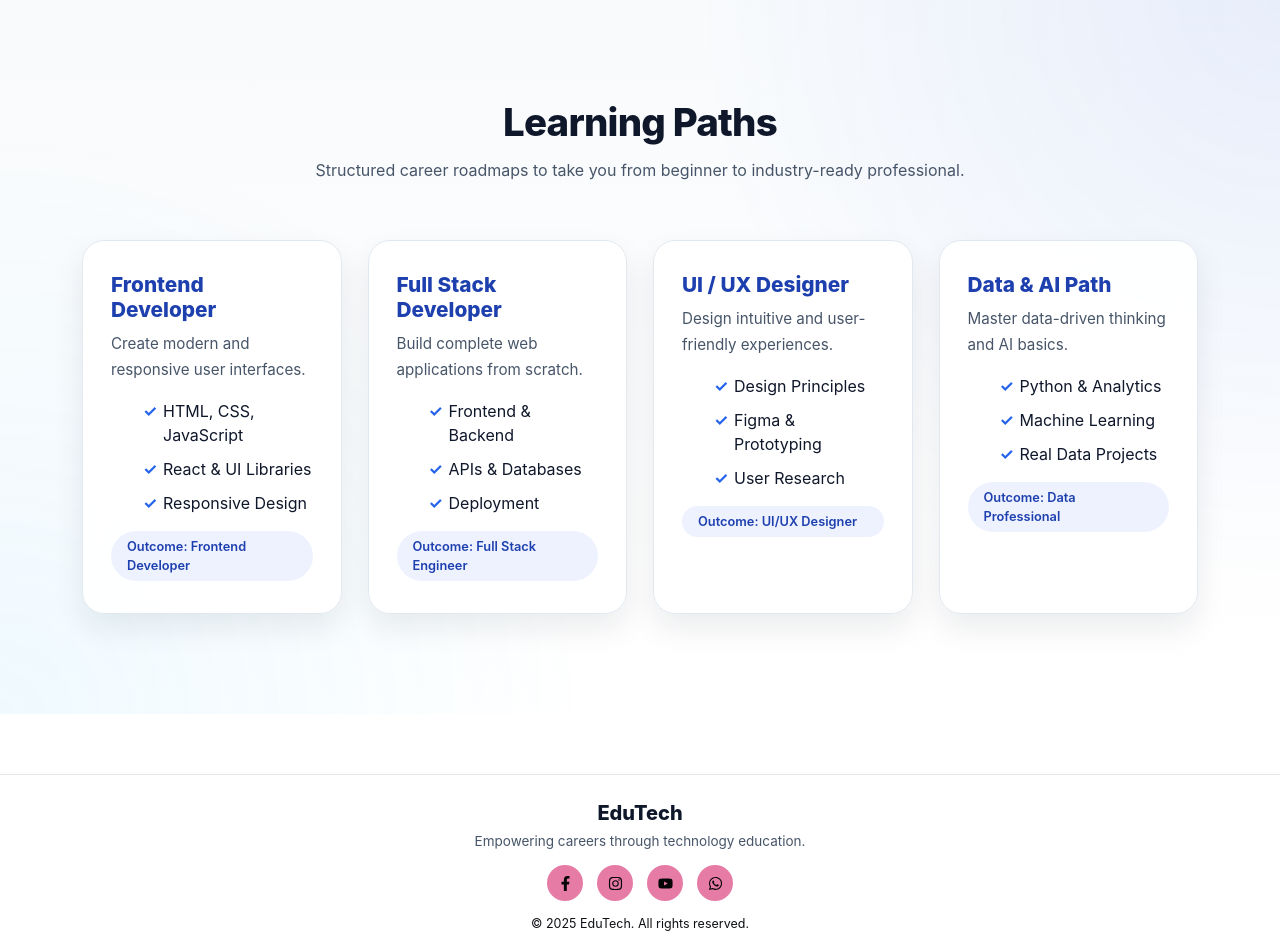
Repository: Aswin74k/project-2
Page: /
The author's editor kept a copy of each file at every save. The page is drawn from the files as they stood at one save, then again after a run of saves.
The browser window is 1280 px wide. The pictures show the part of the page from y = 2045 to 2997 px (the page is 2997 px tall).
The project was rebuilt for these pictures with package versions that can differ from the ones it lists, and the page was loaded fresh each time. Also part of the build but not shown: vite.config.js, src/project/course.css, src/project/Course.jsx, src/project/About.css, src/project/About.jsx, src/project/Enroll.css, src/project/Enroll.jsx, src/project/contact.css and 2 more.

Above is the page before, as saved 2025-12-25 19:47:32.

### src/main.jsx
import React from "react";
import ReactDOM from "react-dom/client";
import { BrowserRouter } from "react-router-dom";
import App from "./project/App";
import { AuthProvider } from "./context/AuthContext"; // ✅ ADD THIS
import "bootstrap/dist/css/bootstrap.min.css";

ReactDOM.createRoot(document.getElementById("root")).render(
  <React.StrictMode>
    <BrowserRouter>
      <AuthProvider>
        <App />
      </AuthProvider>
    </BrowserRouter>
  </React.StrictMode>
);

### src/project/App.jsx
import React from "react";
import { Routes, Route } from "react-router-dom";

import EduNavbar from "./EduNavbar";
import Home from "./Home";
import Course from "./Course";
import About from "./About";
import Enroll from "./Enroll";
import Contact from "./Contact";
import ProtectedRoute from "./ProtectedRoute";

export default function App() {
  return (
    <>
      <EduNavbar />

      <Routes>
        <Route path="/" element={<Home />} />
        <Route path="/courses/:id" element={<Course />} />
        <Route path="/about" element={<About />} />
        <Route path="/Contact" element={<Contact />} />


        <Route
          path="/enroll"
          element={
            <ProtectedRoute>
              <Enroll />
            </ProtectedRoute>
          }
        />
      </Routes>

    </>
  );
}

### src/context/AuthContext.jsx
import { createContext, useContext, useState, useEffect } from "react";

const AuthContext = createContext();

export function AuthProvider({ children }) {
  const [user, setUser] = useState(null);
  const [loading, setLoading] = useState(true);

  useEffect(() => {
    const savedUser = JSON.parse(
      localStorage.getItem("loggedInUser")
    );
    if (savedUser) setUser(savedUser);
    setLoading(false);
  }, []);

  const login = (email, password) => {
    const users =
      JSON.parse(localStorage.getItem("registeredUsers")) || [];

    const foundUser = users.find(
      (u) => u.email === email && u.password === password
    );

    if (!foundUser) {
      return { success: false, message: "Invalid email or password" };
    }

    localStorage.setItem(
      "loggedInUser",
      JSON.stringify(foundUser)
    );
    setUser(foundUser);

    return {
      success: true,
      message: `Welcome back, ${foundUser.firstName}`,
    };
  };

  const signup = (data) => {
    const users =
      JSON.parse(localStorage.getItem("registeredUsers")) || [];

    if (users.some((u) => u.email === data.email)) {
      return {
        success: false,
        message: "User already exists with this email!",
      };
    }

    users.push(data);
    localStorage.setItem(
      "registeredUsers",
      JSON.stringify(users)
    );

    localStorage.setItem(
      "loggedInUser",
      JSON.stringify(data)
    );
    setUser(data);

    return {
      success: true,
      message: "Account created successfully",
    };
  };

  const logout = () => {
    localStorage.removeItem("loggedInUser");
    setUser(null);
  };

  return (
    <AuthContext.Provider
      value={{ user, login, signup, logout, loading }}
    >
      {children}
    </AuthContext.Provider>
  );
}

export const useAuth = () => useContext(AuthContext);

### src/project/Home.jsx
import React from "react";
import { Container, Row, Col, Card } from "react-bootstrap";
import { Link } from "react-router-dom";
import {
  FaGraduationCap,
  FaUsers,
  FaChalkboardTeacher,
  FaBriefcase,
  FaStar,
  FaFacebookF,
  FaInstagram,
  FaYoutube,
  FaWhatsapp
} from "react-icons/fa";
import "./Home.css";

export default function Home() {
  const courses = [
    {
      id: "fullstack",
      title: "Full Stack Development",
      level: "Beginner",
      duration: "6 Months",
      rating: "4.8",
      img: "https://encrypted-tbn0.gstatic.com/images?q=tbn:ANd9GcQPaNXGBezXv5c0v_XSQ6pqOScRBb2ShM3IWg&s",
    },
    {
      id: "mern",
      title: "MERN Stack Development",
      level: "Intermediate",
      duration: "5 Months",
      rating: "4.7",
      img: "https://images.prismic.io/loco-blogs/79328284-f97b-489f-924c-eb3b17e34b56_image2.png",
    },
    {
      id: "uiux",
      title: "UI / UX Design",
      level: "Beginner",
      duration: "4 Months",
      rating: "4.6",
      img: "https://www.almondsolutions.com/images/blog-ui-ux-150223.jpg",
    },
    {
      id: "datascience",
      title: "Data Science",
      level: "Advanced",
      duration: "6 Months",
      rating: "4.9",
      img: "https://bernardmarr.com/wp-content/uploads/2022/11/The-Top-5-Data-Science-And-Analytics-Trends-In-2023.jpg",
    },
    {
      id: "dataanalytics",
      title: "Data Analytics",
      level: "Beginner",
      duration: "4 Months",
      rating: "4.6",
      img: "https://blog.herzing.ca/hubfs/data%20analytics.jpg",
    },
    {
      id: "aiml",
      title: "AI & Machine Learning",
      level: "Advanced",
      duration: "6 Months",
      rating: "4.9",
      img: "https://www.jellyfishtechnologies.com/wp-content/uploads/2021/10/Artificial-Intelligence-versus-Machine-Learning.png",
    },
    {
      id: "cloud",
      title: "Cloud Computing",
      level: "Intermediate",
      duration: "4 Months",
      rating: "4.7",
      img: "https://bernardmarr.com/img/The%205%20Biggest%20Cloud%20Computing%20Trends%20In%202021.jpg",
    },
    {
      id: "devops",
      title: "DevOps Engineering",
      level: "Advanced",
      duration: "5 Months",
      rating: "4.8",
      img: "https://www.itrainu.in/wp-content/uploads/2021/03/DEVOPS-1.jpg",
    },
  ];

  return (
    <div className="home">

      {/* HERO */}
      <section className="hero-section">
        <Container>
          <div className="hero-content">
            <h1>
              Learn Future-Ready Skills with <span>EduTech</span>
            </h1>
            <p>
              Industry-aligned courses, real-world projects, and expert mentors
              to accelerate your career.
            </p>

            <div className="hero-actions">
              <Link to="/about" className="btn btn-outline-light btn-lg">
                Learn More
              </Link>
            </div>
          </div>
        </Container>
      </section>

      {/* STATS */}
      <section className="stats-section">
        <Container>
          <Row className="g-4">
            <Col md={3}><div className="stat-box"><FaUsers /><h3>25K+</h3><p>Learners</p></div></Col>
            <Col md={3}><div className="stat-box"><FaGraduationCap /><h3>8+</h3><p>Courses</p></div></Col>
            <Col md={3}><div className="stat-box"><FaChalkboardTeacher /><h3>50+</h3><p>Mentors</p></div></Col>
            <Col md={3}><div className="stat-box"><FaBriefcase /><h3>100+</h3><p>Projects</p></div></Col>
          </Row>
        </Container>
      </section>

      {/* COURSES */}
      <section className="courses-section">
        <Container>
          <h2 className="section-title">Popular Courses</h2>
          <Row>
            {courses.map((course) => (
              <Col lg={3} md={4} sm={6} key={course.id} className="mb-4">
                <Card className="course-card h-100">
                  <Card.Img src={course.img} className="course-img" />
                  <Card.Body>
                    <Card.Title>{course.title}</Card.Title>
                    <div className="course-meta">
                      <span>{course.level}</span>
                      <span>{course.duration}</span>
                    </div>
                    <div className="course-rating">
                      <FaStar /> {course.rating}
                    </div>
                    <Link to={`/courses/${course.id}`} className="btn btn-outline-primary w-100 mt-3">
                      View Details
                    </Link>
                  </Card.Body>
                </Card>
              </Col>
            ))}
          </Row>
        </Container>
      </section>
{/* LEARNING PATHS */}
<section className="paths-section">
  <div className="container">
    <h2 className="section-title">Learning Paths</h2>
    <p className="section-subtitle">
      Structured career roadmaps to take you from beginner to industry-ready professional.
    </p>

    <div className="paths-grid">
      <div className="path-card">
        <h4>Frontend Developer</h4>
        <p>Create modern and responsive user interfaces.</p>

        <ul>
          <li>HTML, CSS, JavaScript</li>
          <li>React & UI Libraries</li>
          <li>Responsive Design</li>
        </ul>

        <div className="path-outcome">Outcome: Frontend Developer</div>
      </div>

      <div className="path-card">
        <h4>Full Stack Developer</h4>
        <p>Build complete web applications from scratch.</p>

        <ul>
          <li>Frontend & Backend</li>
          <li>APIs & Databases</li>
          <li>Deployment</li>
        </ul>

        <div className="path-outcome">Outcome: Full Stack Engineer</div>
      </div>

      <div className="path-card">
        <h4>UI / UX Designer</h4>
        <p>Design intuitive and user-friendly experiences.</p>

        <ul>
          <li>Design Principles</li>
          <li>Figma & Prototyping</li>
          <li>User Research</li>
        </ul>

        <div className="path-outcome">Outcome: UI/UX Designer</div>
      </div>

      <div className="path-card">
        <h4>Data & AI Path</h4>
        <p>Master data-driven thinking and AI basics.</p>

        <ul>
          <li>Python & Analytics</li>
          <li>Machine Learning</li>
          <li>Real Data Projects</li>
        </ul>

        <div className="path-outcome">Outcome: Data Professional</div>
      </div>
    </div>
  </div>
</section>



      {/* FOOTER */}
      <footer className="footer">
        <Container className="text-center">
          <h3 className="footer-logo">EduTech</h3>
          <p className="footer-tagline">
            Empowering careers through technology education.
          </p>

          <div className="footer-social">
            <a className="fb"><FaFacebookF /></a>
            <a className="ig"><FaInstagram /></a>
            <a className="yt"><FaYoutube /></a>
            <a className="wa"><FaWhatsapp /></a>
          </div>

          <p className="copy">© 2025 EduTech. All rights reserved.</p>
        </Container>
      </footer>

    </div>
  );
}

### src/project/Navbar.css
/* ================= ROOT VARIABLES ================= */
:root {
  --primary: #111827;
  --primary-soft: rgba(17, 24, 39, 0.08);
  --danger: #ef4444;
  --success: #22c55e;

  --text-dark: #000000;
  --text-muted: #6b7280;

  --border-light: #e5e7eb;
  --bg-white: #ffffff;
}

/* ================= NAVBAR ================= */
.navbar {
  background: var(--bg-white);
  padding: 14px 0;
  border-bottom: 1px solid var(--border-light);
  transition: all 0.3s ease;
  z-index: 1000;
}

.navbar-scrolled {
  box-shadow: 0 10px 30px rgba(0, 0, 0, 0.08);
}

/* ================= BRAND ================= */
.navbar-brand {
  font-size: 1.8rem;
  font-weight: 900;
  letter-spacing: -0.5px;

  background: linear-gradient(90deg, #2563eb, #38bdf8);

  background-clip: text;              /* standard */
  -webkit-background-clip: text;      /* safari/chrome */
  -webkit-text-fill-color: transparent;

  transition: all 0.25s ease;
}

/* Optional hover (subtle, classy) */
.navbar-brand:hover {
  transform: translateY(-1px);
  filter: brightness(1.1);
}



/* ================= NAV LINKS ================= */
.navbar-nav .nav-link {
  color: var(--text-dark) !important;
  font-weight: 600;
  font-size: 0.95rem;
  padding: 8px 14px;
  position: relative;
}

.navbar-nav .nav-link::after {
  content: "";
  position: absolute;
  left: 50%;
  bottom: 2px;
  width: 0;
  height: 2px;
  background: var(--text-dark);
  transform: translateX(-50%);
  transition: width 0.3s ease;
}

.navbar-nav .nav-link:hover::after {
  width: 70%;
}

/* ================= SEARCH ================= */
.custom-search {
  position: relative;
  width: 210px;
}

.custom-search input {
  width: 100%;
  padding: 10px 42px 10px 16px;
  border-radius: 999px;
  border: 1px solid var(--border-light);
  background: #e4e5e6;
  font-size: 0.9rem;
}

.custom-search svg {
  position: absolute;
  right: 14px;
  top: 50%;
  transform: translateY(-50%);
  color: var(--text-muted);
}

/* ================= USER ================= */
.username {
  background: var(--primary-soft);
  color: var(--text-dark);
  padding: 6px 14px;
  border-radius: 999px;
  font-size: 0.85rem;
  font-weight: 600;
}

.user-icon {
  font-size: 22px;
  color: var(--text-dark);
  cursor: pointer;
}

/* ================= LOGOUT ICON ================= */
.logout-icon {
  font-size: 24px;
  color: var(--text-dark);
  cursor: pointer;
}

.logout-icon:hover {
  color: var(--danger);
}

/* ================= MODALS ================= */
.modal-content {
  border-radius: 22px;
  border: none;
  box-shadow: 0 30px 90px rgba(0, 0, 0, 0.25);
  padding: 20px;
}

.modal-header {
  border-bottom: 1px solid var(--border-light);
}

.modal-title {
  font-weight: 700;
}

.modal-body {
  padding: 28px 32px 32px;
}

/* ================= AUTH INPUT (IMAGE MATCHED) ================= */
.auth-input {
  width: 100%;
  height: 56px;
  border-radius: 16px;
  border: 1.5px solid #d1d5db;
  padding: 14px 18px;
  font-size: 1rem;
  margin-bottom: 18px;
  background: #ffffff;
}

.auth-input:focus {
  outline: none;
  border-color: #6366f1;
  box-shadow: 0 0 0 2px rgba(99, 102, 241, 0.25);
}

/* ================= PASSWORD ================= */
.password-wrapper {
  position: relative;
}

.password-wrapper span {
  position: absolute;
  right: 18px;
  top: 40%;
  transform: translateY(-50%);
  font-size: 18px;
  color: var(--text-muted);
  cursor: pointer;
}

/* ================= NAME ROW (SIGNUP) ================= */
.name-row {
  display: grid;
  grid-template-columns: 1fr 1fr;
  gap: 18px;
  margin-bottom: 18px;
}

/* ================= AUTH BUTTON ================= */
.auth-btn {
  width: 100%;
  height: 56px;
  border-radius: 16px;
  background: var(--text-dark);
  border: none;
  color: #fff;
  font-size: 1.05rem;
  font-weight: 600;
  margin-top: 8px;
}

.auth-btn:hover {
  opacity: 0.9;
}

/* ================= AUTH FOOTER ================= */
.auth-footer {
  margin-top: 16px;
  text-align: center;
  font-size: 0.9rem;
  color: var(--text-muted);
}

.auth-footer span {
  color: var(--text-dark);
  font-weight: 600;
  cursor: pointer;
}

/* ================= LOGOUT MODAL ================= */
.logout-modal .logout-icon-wrapper {
  width: 64px;
  height: 64px;
  background: rgba(0, 0, 0, 0.08);
  color: var(--danger);
  border-radius: 50%;
  display: flex;
  align-items: center;
  justify-content: center;
  font-size: 28px;
  margin: 0 auto 16px;
}

.logout-actions {
  display: flex;
  gap: 14px;
  justify-content: center;
}

.logout-cancel {
  padding: 10px 22px;
  border-radius: 14px;
  border: 2px solid var(--text-dark);
  background: transparent;
  font-weight: 600;
}

.logout-confirm {
  padding: 10px 22px;
  border-radius: 14px;
  background: var(--danger);
  border: none;
  color: #fff;
  font-weight: 600;
}

/* ================= MOBILE ================= */
@media (max-width: 768px) {
  .navbar-collapse {
    background: #ffffff;
    padding: 18px;
    border-radius: 16px;
    margin-top: 10px;
  }

  .custom-search {
    width: 100%;
    margin-top: 12px;
  }

  .name-row {
    grid-template-columns: 1fr;
  }
}

/* ================= AUTH MESSAGES (FINAL POLISH) ================= */
.modal-message {
  padding: 14px 18px;
  border-radius: 14px;
  font-size: 0.9rem;
  font-weight: 600;
  text-align: center;
  margin-bottom: 18px;
  line-height: 1.4;
  animation: messageFade 0.25s ease-in-out;
}

/* SUCCESS */
.modal-message.success {
  background: rgba(34, 197, 94, 0.14);
  color: #15803d;
  border: 1.5px solid rgba(34, 197, 94, 0.35);
}

/* ERROR */
.modal-message.error {
  background: rgba(239, 68, 68, 0.14);
  color: #b91c1c;
  border: 1.5px solid rgba(239, 68, 68, 0.35);
}

/* subtle animation */
@keyframes messageFade {
  from {
    opacity: 0;
    transform: translateY(-6px);
  }
  to {
    opacity: 1;
    transform: translateY(0);
  }
}

### src/project/Home.css
/* =========================
   DESIGN TOKENS
========================= */
:root {
  --primary: #2563eb;
  --primary-dark: #1e40af;
  --accent: #38bdf8;

  --text-main: #0f172a;
  --text-muted: #475569;

  --bg-light: #f8fafc;
  --glass: rgba(255, 255, 255, 0.92);

  --radius-lg: 22px;
  --radius-md: 14px;

  --shadow-soft: 0 14px 30px rgba(15, 23, 42, 0.08);
  --shadow-strong: 0 28px 60px rgba(15, 23, 42, 0.16);
}

/* =========================
   BASE
========================= */
.home {
  font-family: "Inter", "Segoe UI", system-ui, sans-serif;
  color: var(--text-main);
  background: #ffffff;
  overflow-x: hidden;
}

/* =========================
   SECTION HEADINGS
========================= */
.section-title {
  text-align: center;
  font-size: clamp(2rem, 3vw, 2.5rem);
  font-weight: 800;
  letter-spacing: -0.02em;
  margin-bottom: 12px;
}

.section-subtitle {
  text-align: center;
  max-width: 720px;
  margin: 0 auto 56px;
  font-size: 1rem;
  color: var(--text-muted);
  line-height: 1.7;
}

/* =========================
   HERO SECTION
========================= */
.hero-section {
  min-height: 95vh;
  background:
    linear-gradient(120deg, rgba(15, 23, 42, 0.92), rgba(15, 23, 42, 0.85)),
    url("https://images.unsplash.com/photo-1523240795612-9a054b0db644");
  background-size: cover;
  background-position: center;
  display: flex;
  align-items: center;
}

.hero-content {
  max-width: 860px;
  margin: auto;
  text-align: center;
  color: #ffffff;
}

.hero-content h1 {
  font-size: clamp(2.4rem, 4vw, 3.3rem);
  font-weight: 900;
  line-height: 1.15;
  margin-bottom: 20px;
}

.hero-content span {
  background: linear-gradient(90deg, var(--accent), var(--primary));
  background-clip: text;
  -webkit-background-clip: text;
  -webkit-text-fill-color: transparent;
}

.hero-content p {
  font-size: 1.1rem;
  line-height: 1.8;
  color: #e5e7eb;
  margin-bottom: 38px;
}

.hero-actions {
  display: flex;
  justify-content: center;
  gap: 18px;
}

.hero-actions .btn {
  padding: 12px 32px;
  font-size: 15.5px;
  border-radius: 999px;
  font-weight: 600;
  transition: all 0.3s ease;
}

.hero-actions .btn-primary {
  background: linear-gradient(135deg, var(--primary), var(--accent));
  border: none;
}

.hero-actions .btn-primary:hover {
  transform: translateY(-2px);
  box-shadow: var(--shadow-soft);
}

.hero-actions .btn-outline-light:hover {
  background: rgba(255, 255, 255, 0.12);
}

/* =========================
   STATS SECTION
========================= */
.stats-section {
  padding: 80px 0;
  background: linear-gradient(180deg, #f8fafc, #ffffff);
}

.stat-box {
  background: #ffffff;
  border-radius: var(--radius-md);
  padding: 32px 18px;
  text-align: center;
  box-shadow: var(--shadow-soft);
  transition: box-shadow 0.3s ease;
}

.stat-box:hover {
  box-shadow: var(--shadow-strong);
}

.stat-box svg {
  font-size: 38px;
  color: var(--primary);
  margin-bottom: 12px;
}

.stat-box h3 {
  font-size: 30px;
  font-weight: 800;
  margin-bottom: 4px;
}

.stat-box p {
  font-size: 14px;
  color: var(--text-muted);
}

/* =========================
   COURSES
========================= */
.courses-section {
  padding: 90px 0;
}

.course-card {
  border-radius: var(--radius-lg);
  overflow: hidden;
  background: #ffffff;
  box-shadow: var(--shadow-soft);
  transition: box-shadow 0.3s ease;
}

.course-card:hover {
  box-shadow: var(--shadow-strong);
}

.course-img {
  height: 180px;
  object-fit: cover;
}

.course-card .card-body {
  padding: 22px;
}

.course-card .card-title {
  font-size: 16.5px;
  font-weight: 700;
  margin-bottom: 8px;
}

.course-meta {
  display: flex;
  justify-content: space-between;
  font-size: 13px;
  color: #64748b;
  margin-bottom: 10px;
}

.course-rating {
  display: flex;
  align-items: center;
  gap: 6px;
  color: hsl(48, 96%, 53%);
}


.course-card .btn {
  border-radius: 999px;
  font-weight: 600;
}

/* =========================
   CAREER PATHS
========================= */
.paths-section {
  padding: 100px 0;
  background:
    radial-gradient(circle at top right, rgba(37, 99, 235, 0.08), transparent 40%),
    radial-gradient(circle at bottom left, rgba(56, 189, 248, 0.08), transparent 40%),
    linear-gradient(180deg, #f8fafc, #ffffff);
}

.paths-grid {
  display: grid;
  grid-template-columns: repeat(4, 1fr);
  gap: 26px;
}

.path-card {
  background: var(--glass);
  border-radius: var(--radius-lg);
  padding: 32px 28px;
  box-shadow: var(--shadow-soft);
  backdrop-filter: blur(12px);
  border: 1px solid #e2e8f0;
  transition: box-shadow 0.3s ease, border-color 0.3s ease;
}

.path-card:hover {
  box-shadow: var(--shadow-strong);
  border-color: rgba(37, 99, 235, 0.3);
}

.path-card h4 {
  font-size: 1.3rem;
  font-weight: 800;
  color: var(--primary-dark);
}

.path-card p {
  font-size: 0.95rem;
  color: var(--text-muted);
  line-height: 1.7;
}

.path-card ul li {
  list-style: none;
  margin-bottom: 10px;
  padding-left: 20px;
  position: relative;
}

.path-card ul li::before {
  content: "✓";
  position: absolute;
  left: 0;
  color: var(--primary);
  font-weight: 700;
}

.path-outcome {
  margin-top: 14px;
  padding: 6px 16px;
  border-radius: 999px;
  font-size: 0.8rem;
  font-weight: 600;
  background: #eef2ff;
  color: var(--primary-dark);
}

/* =========================
   FOOTER (FULL WHITE)
========================= */
.footer {
  background: #ffffff;
  color: #0f172a;
  padding: 26px 0 18px;
  margin-top: 60px;
  border-top: 1px solid #e5e7eb;
}

.footer-logo {
  font-size: 20px;
  font-weight: 800;
  color: #0f172a;
  margin-bottom: 6px;
}

.footer-tagline {
  font-size: 13.5px;
  color: #475569;
  margin-bottom: 14px;
}

.footer-social {
  display: flex;
  justify-content: center;
  gap: 14px;
  margin-bottom: 14px;
}

/* KEEP ICON COLORS SAME */
.footer-social a {
  background-color: rgb(230, 123, 166);
  width: 36px;
  height: 36px;
  border-radius: 50%;
  display: flex;
  align-items: center;
  justify-content: center;
  color: #060505;
  font-size: 15px;
  transition: transform 0.25s ease;
}

.footer-social a:hover {
  transform: translateY(-2px);
}

.copy {
  font-size: 12.5px;
  color: #0f1115;
  margin: 0;
}

/* =========================
   RESPONSIVE
========================= */
@media (max-width: 1200px) {
  .paths-grid { grid-template-columns: repeat(3, 1fr); }
}

@media (max-width: 992px) {
  .paths-grid { grid-template-columns: repeat(2, 1fr); }
}

@media (max-width: 576px) {
  .paths-grid { grid-template-columns: 1fr; }
  .hero-actions { flex-direction: column; }
}

Loaded but not shown: index.html (common file); src/project/EduNavbar.jsx (341 lines, source omitted)

After the next 3 saves:
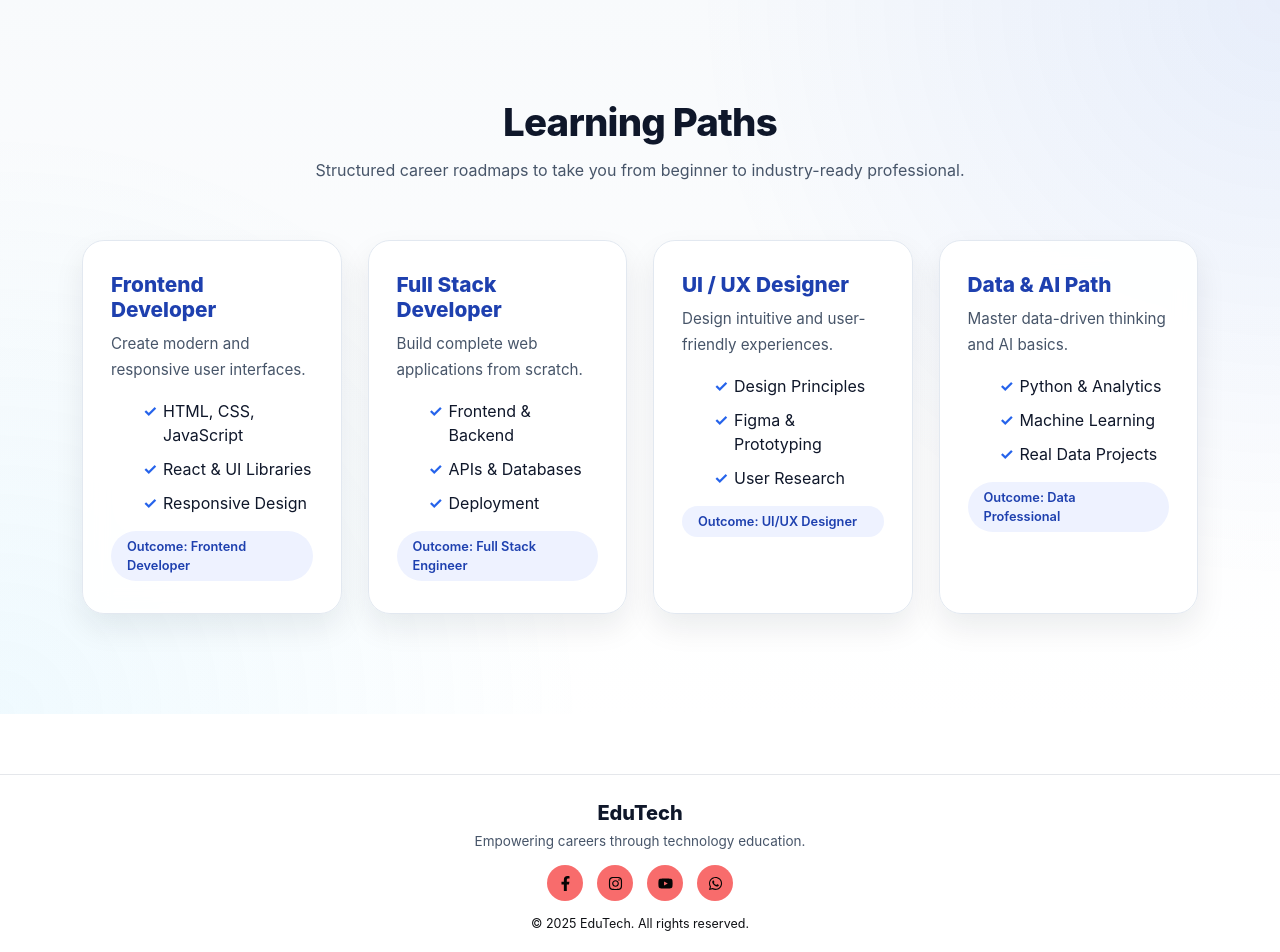
The 3 saves are shown as one change because they came seconds apart.
The last was saved 10 s later.
--- a/src/project/Home.css
+++ b/src/project/Home.css
@@ -314,7 +314,7 @@
 
 /* KEEP ICON COLORS SAME */
 .footer-social a {
-  background-color: rgb(230, 123, 166);
+  background-color: rgb(248, 108, 108);
   width: 36px;
   height: 36px;
   border-radius: 50%;
